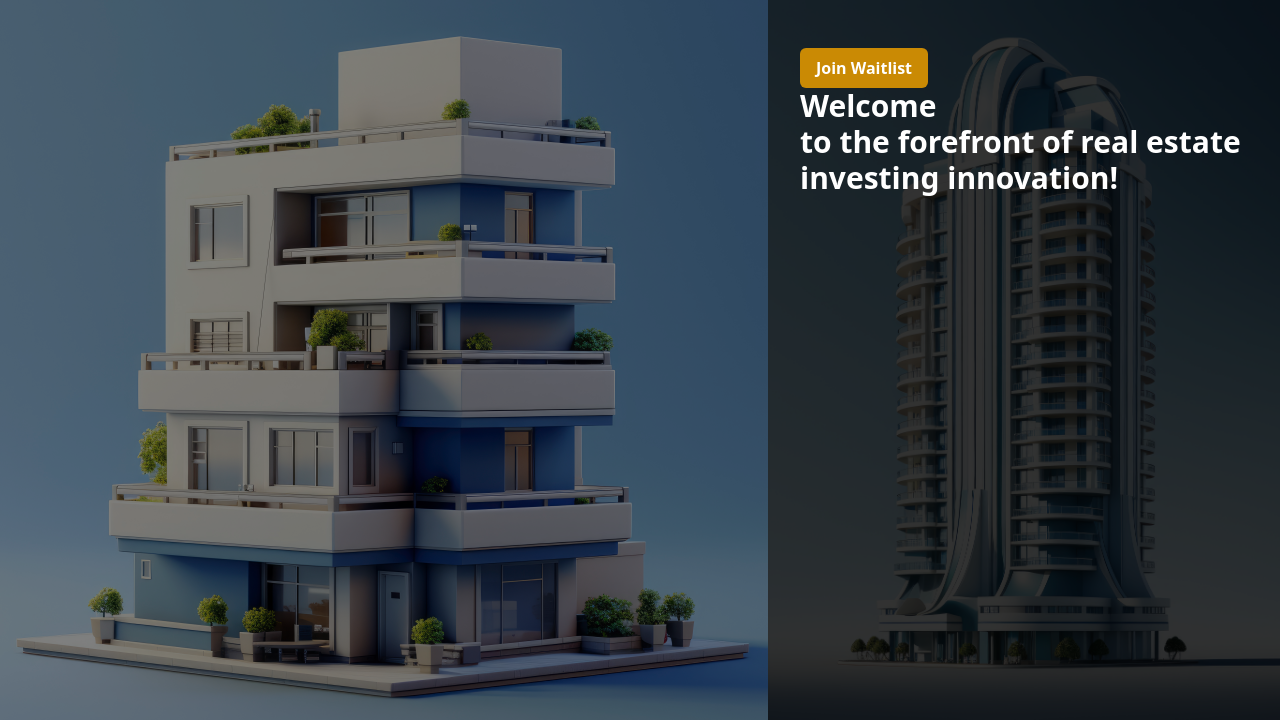
Repository: brytemenz/investnest-landing
Page: /
An editor plug-in stored every save of this project. The page is shown before and after the next save, followed by the edit.
The browser window is 1280 px wide. The pictures show the whole page.
The project was rebuilt for these pictures with package versions that can differ from the ones it lists, and the page was loaded fresh each time. Also part of the build but not shown: vite.config.js.

Above is the page before, as saved 2024-05-28 19:21:44.

### src/main.jsx
// src/main.jsx
import 'antd/dist/reset.css';
import './index.css';
import './landingPage.css';
import React from 'react';
import ReactDOM from 'react-dom/client';
import App from './App';

ReactDOM.createRoot(document.getElementById('root')).render(
  <React.StrictMode>
    <App />
  </React.StrictMode>
);

### src/landingPage.css
/* src/landingPage.css */
.bg-cover {
  background-size: cover;
}

.bg-center {
  background-position: center;
}

### src/App.jsx
// src/App.jsx
import React from 'react';
import LandingPage from './pages/landingPage';

const App = () => {
  return (
    <LandingPage />
  );
};

export default App;

### src/pages/landingPage.jsx
// src/pages/LandingPage.jsx
import React from 'react';
import leftImage from '../assets/leftimage.jpg';
import rightImage from '../assets/rightimage.jpg';
import '../landingPage.css';

const LandingPage = () => {
  return (
    <div className="flex min-h-screen">
      <div className="w-3/5 relative">
        <div className="absolute inset-0 bg-black bg-opacity-50"></div>
        <div className="bg-cover bg-center h-full" style={{ backgroundImage: `url(${leftImage})` }}></div>
      </div>

      <div className="w-2/5 relative flex flex-col justify-end">

        <div className="bg-cover bg-center h-full" style={{ backgroundImage: `url(${rightImage})` }}>

          <div className="absolute inset-0 bg-black bg-opacity-80 flex flex-col justify-start items-start text-white px-8">
            <div className="mt-8 text-left">
            <button className="bg-yellow-600 text-white px-4 py-2 rounded-md font-bold mt-4 mr-4 self-end">Join Waitlist</button>

              <h2 className="text-3xl font-bold mb-4">Welcome <br/>to the forefront of real estate <br/>investing innovation!</h2>
            </div>
          </div>
        </div>
      </div>
    </div>
  );
};

export default LandingPage;

Loaded but not shown: src/index.css (common file); tailwind.config.js (common file)

After the next save:
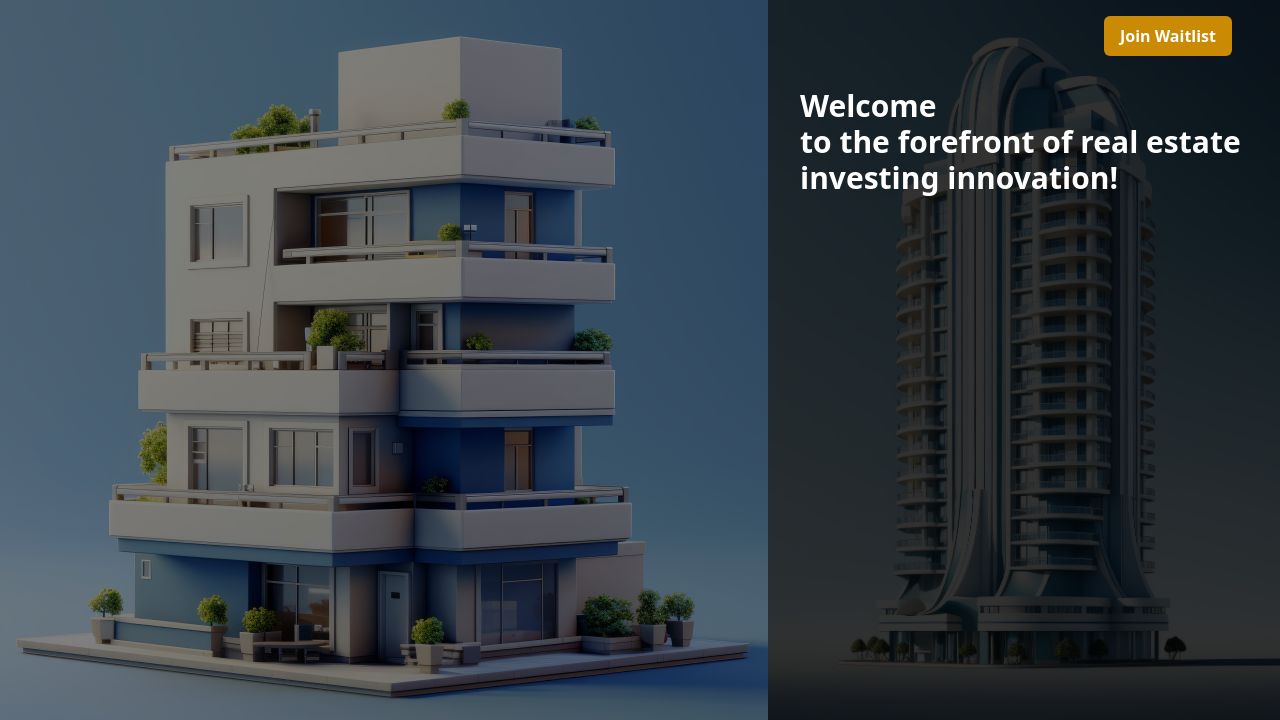
Saved 8 s later.
--- a/src/pages/landingPage.jsx
+++ b/src/pages/landingPage.jsx
@@ -17,8 +17,8 @@ const LandingPage = () => {
         <div className="bg-cover bg-center h-full" style={{ backgroundImage: `url(${rightImage})` }}>
 
           <div className="absolute inset-0 bg-black bg-opacity-80 flex flex-col justify-start items-start text-white px-8">
+            <button className="bg-yellow-600 text-white px-4 py-2 rounded-md font-bold mt-4 mr-4 self-end">Join Waitlist</button>
             <div className="mt-8 text-left">
-            <button className="bg-yellow-600 text-white px-4 py-2 rounded-md font-bold mt-4 mr-4 self-end">Join Waitlist</button>
 
               <h2 className="text-3xl font-bold mb-4">Welcome <br/>to the forefront of real estate <br/>investing innovation!</h2>
             </div>
